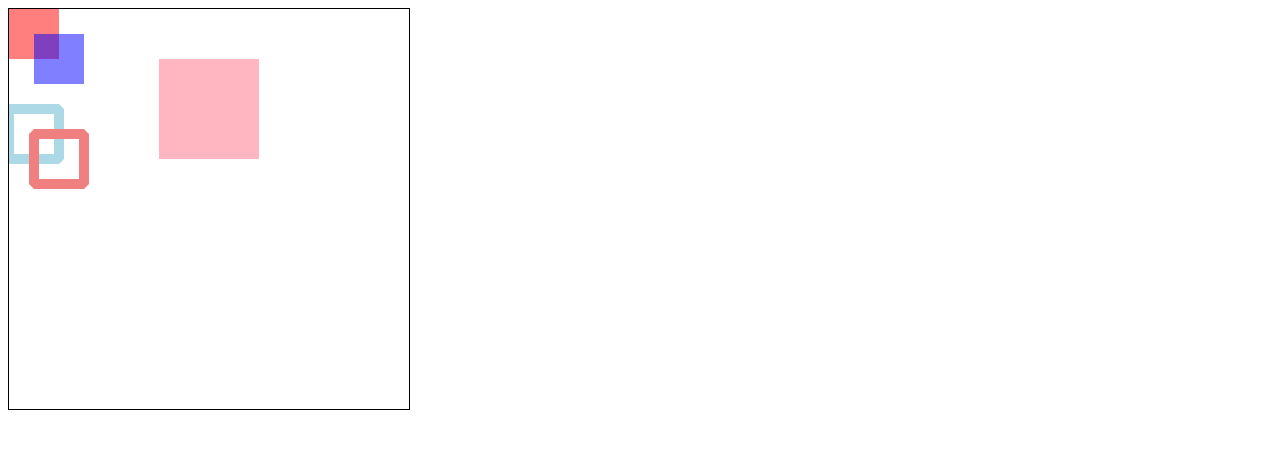
Repository: Jhin7782/HBuilder-Projects
Page: 【JS高程3】/15`使用Canvas绘图/15.2 2D上下文/15.2.2 绘制矩形/index.html
An editor plug-in stored every save of this project. The page is shown before and after a run of saves, followed by the edit.
The browser window is 1280 px wide. The pictures show the whole page.

Above is the page before, as saved 2017-06-09 06:19:50.

### 【JS高程3】/15`使用Canvas绘图/15.2 2D上下文/15.2.2 绘制矩形/index.html
<!DOCTYPE html>
<html>
	<head>
		<meta charset="UTF-8">
		<title></title>
		<style type="text/css">
			canvas {
				border: 1px solid;
			}
		</style>
	</head>
	<body>
		<canvas id="drawing" width="400" height="400">A drawing of something.</canvas>

		<script type="text/javascript">
			//画布
			var drawing = document.getElementById("drawing");
			if (drawing.getContext) {
				//画笔
				var context = drawing.getContext("2d");
				//填充
				context.fillStyle = "rgba(255, 0, 0, 0.5)";
				context.fillRect(0, 0, 50, 50);
				context.fillStyle = "rgba(0, 0, 255, 0.5)";
				context.fillRect(25, 25, 50, 50);
				//描边
				//线条属性
				context.lineWidth = 10;
				context.lineCap = "square";
				context.lineJoin = "bevel";
				context.strokeStyle = "lightblue";
				context.strokeRect(0, 100, 50, 50);
				context.strokeStyle = "lightcoral";
				context.strokeRect(25, 125, 50, 50);
				//clearRect();
				context.fillStyle = "lightpink";
				context.fillRect(150, 50, 100, 100);
			}
		</script>
	</body>
</html>

After the next 2 saves:
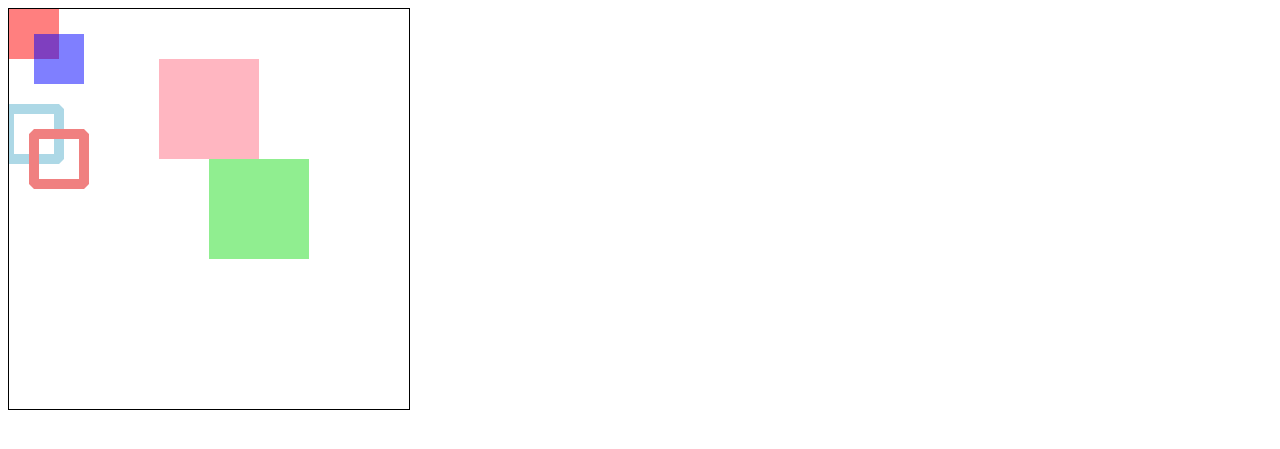
The 2 saves are shown as one change because they came seconds apart.
The last was saved 54 s later.
--- a/【JS高程3】/15`使用Canvas绘图/15.2 2D上下文/15.2.2 绘制矩形/index.html
+++ b/【JS高程3】/15`使用Canvas绘图/15.2 2D上下文/15.2.2 绘制矩形/index.html
@@ -35,6 +35,9 @@
 				//clearRect();
 				context.fillStyle = "lightpink";
 				context.fillRect(150, 50, 100, 100);
+				context.fillStyle = "lightgreen";
+				context.fillRect(200, 150, 100, 100);
+
 			}
 		</script>
 	</body>
